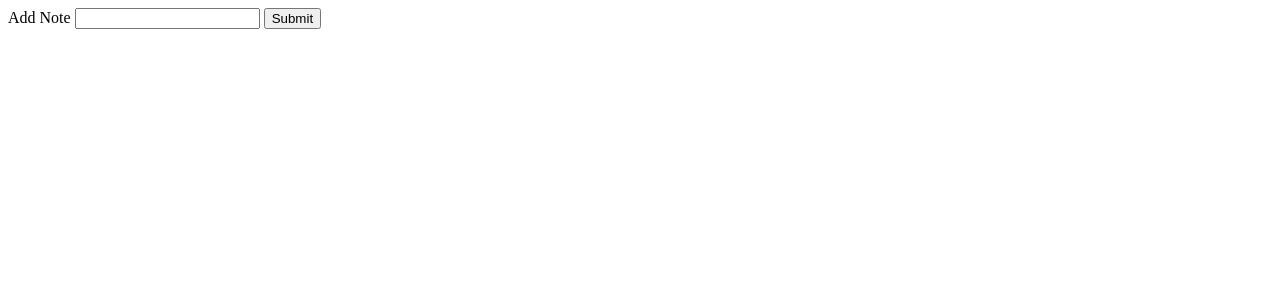
Repository: ramasubbaiya/PHP_Term_1_Course_Work
Page: http://localhost/SandBox/index1.php
An editor plug-in stored every save of this project. The page is shown before and after the next save, followed by the edit.
The browser window is 1280 px wide. The pictures show the whole page.
The page is run by PHP 8.4 with error messages shown; the project is at /var/www/html/.

Above is the page before, as saved 2015-04-21 16:47:46.

After the next save:
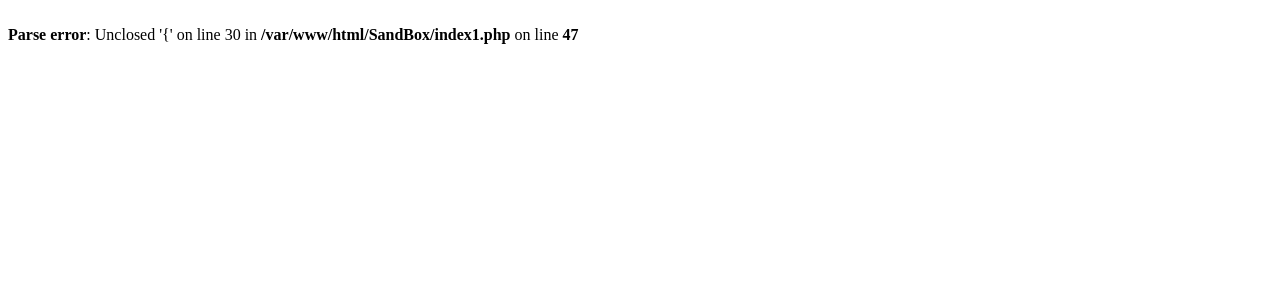
Saved 2 min 57 s later.
--- a/ZendStudio/Lambton/SandBox/index1.php
+++ b/ZendStudio/Lambton/SandBox/index1.php
@@ -30,15 +30,16 @@
 if(isset($_POST['submit'])){
     $addnote=$_POST['addnote'];
 
-    $query = "INSERT INTO user(user_name,notes) VALUES('$user','$addnote') ";
+    /* $query = "INSERT INTO user(user_name,notes) VALUES('$user','$addnote') ";
 
-    $result=mysqli_query($conn, $query);
+    $result=mysqli_query($conn, $query); */
 
     $query1 = "SELECT * from notes_table WHERE user_name='bayb' ";
 
     $result1=mysqli_query($conn, $query1);
+    if(result1){
     $row=mysqli_fetch_array($result1);
-    if($row){
+    while($row){
         print_r($row);
     }
 

After the save that followed:
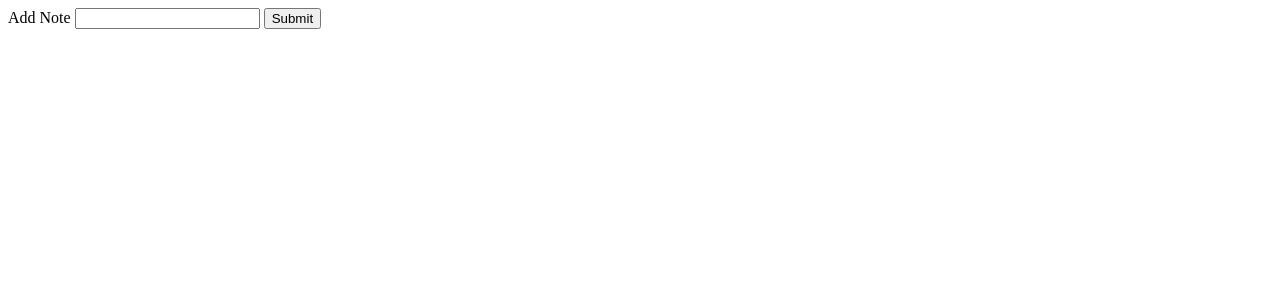
Saved 8 s later.
--- a/ZendStudio/Lambton/SandBox/index1.php
+++ b/ZendStudio/Lambton/SandBox/index1.php
@@ -42,6 +42,6 @@
     while($row){
         print_r($row);
     }
-
+    }
 
 }
